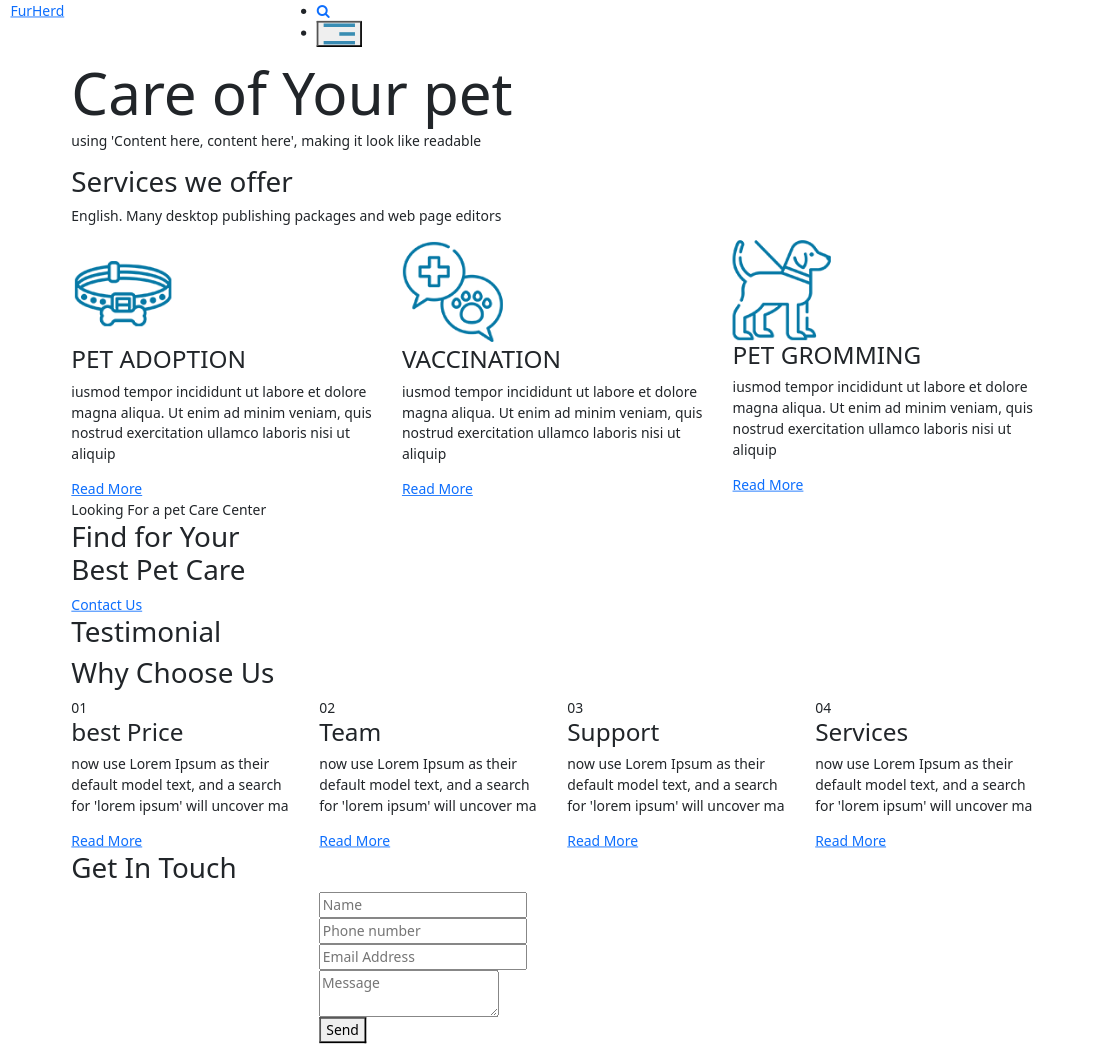
Repository: Chitti-g-k/Paw-Takers
Page: templates/index.html
The author's editor kept a copy of each file at every save. The page is drawn from the files as they stood at one save, then again after the next save.
The browser window is 1280 px wide. The pictures show the whole page, at 87% of full size.
The template is drawn by Django 4.2. The application's start-up code is not run. The template is opened directly, without the code that normally fills it, so the values that code supplies are empty.

Above is the page before, as saved 2023-07-16 13:05:58.

After the next save:
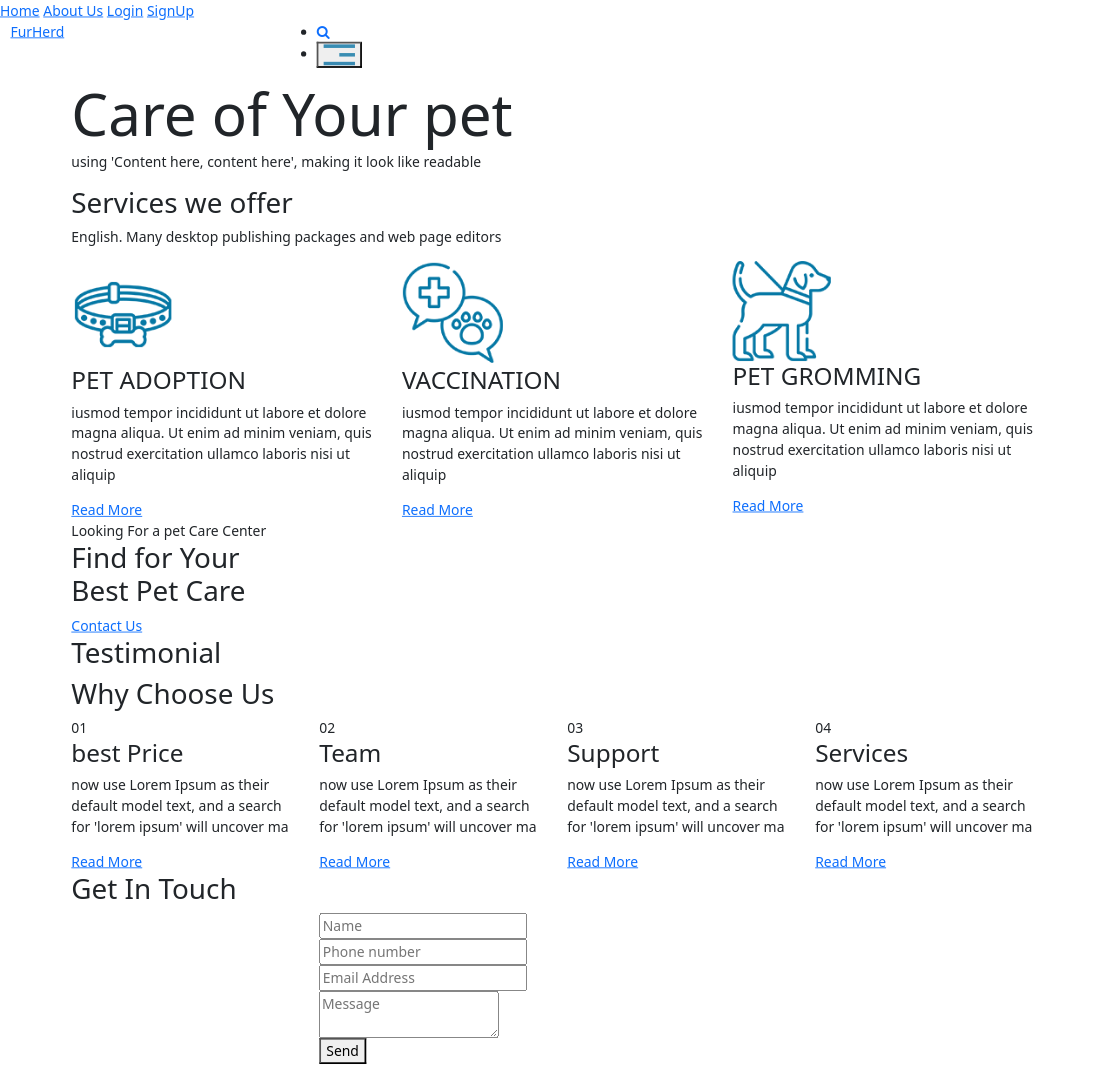
Saved 95 s later.
--- a/templates/index.html
+++ b/templates/index.html
@@ -42,7 +42,13 @@
     <!-- header -->
     <header>
         <!-- header inner -->
-
+        <nav>
+            <a href="/display">Home</a>
+            <a href="/">About Us</a>
+            <a href="{% url 'account_login'%}">Login</a>
+            <a href="{% url 'account_signup' %}">SignUp</a>
+            <div class="animation start-home"></div>
+        </nav>
         <div class="head-bottom">
             <div class="container-fluid">
                 <div class="row">
